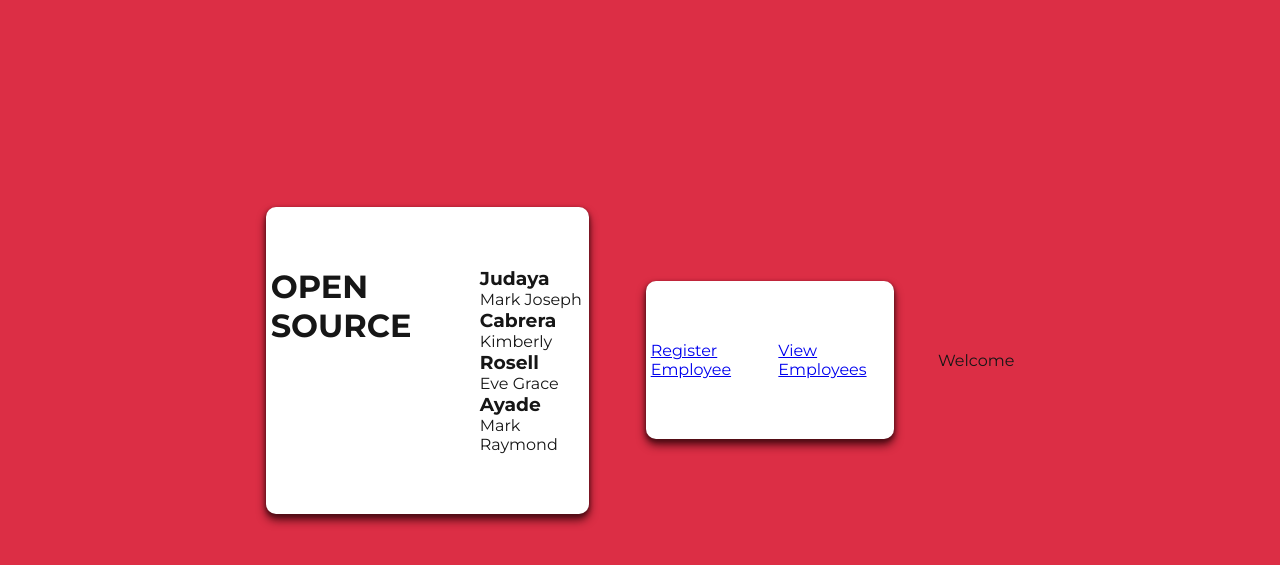
Repository: azkalonz/Int-Prog-2
Page: http://localhost/Int_Prog_2/
These files come from the project's save history. The page is drawn as it stood at one moment and after the next save; the edit follows.
The browser window is 1280 px wide. The pictures show the whole page.
The page is served by Tomcat 9. Other server files are loaded and not shown.

Above is the page before, as saved 2021-03-30 05:32:17.

### Int Prog 2/WebContent/index.jsp
<jsp:include page="/WEB-INF/layout/header.jsp"/>
Welcome
<jsp:include page="/WEB-INF/layout/footer.jsp"/>

### Int Prog 2/WebContent/WEB-INF/layout/header.jsp
<%@ page language="java" contentType="text/html; charset=ISO-8859-1"
	pageEncoding="ISO-8859-1"%>
<!DOCTYPE html>
<html>
<head>
<meta charset="ISO-8859-1">
<title>Employee</title>
<link rel="stylesheet" href="<%=request.getContextPath()%>/css/style.css"/>
</head>
<body>
<header>
        <div class="container">
            <h1>OPEN SOURCE</h1>
            <div class="namesCon">
                <div class="names">
                    <h3>Judaya</h3>
                    <span>Mark Joseph</span>
                </div>
                <div class="names">
                    <h3>Cabrera</h3>
                    <span>Kimberly</span>
                </div>
                <div class="names">
                    <h3>Rosell</h3>
                    <span>Eve Grace</span>
                </div>
                <div class="names">
                    <h3>Ayade</h3>
                    <span>Mark Raymond</span>
                </div>
            </div>
        </div>
    </header>
    <div class="navCon">
        <div class="container">
            <a class="button" href="<%=request.getContextPath()%>/register">Register Employee</a>
            <a class="button" href="<%=request.getContextPath()%>/employee">View Employees</a>
        </div>
    </div>

    <div class="thecontent">

### Int Prog 2/WebContent/css/style.css
@import url("https://fonts.googleapis.com/css2?family=Montserrat:ital,wght@0,100;0,200;0,300;0,400;0,500;0,600;0,700;1,100;1,200;1,300;1,400;1,500;1,600&display=swap");

* {
  margin: 0;
  padding: 0;
  box-sizing: border-box;
}

body {
  background: rgb(220, 46, 69);
  display: flex;
  align-items: center;
  justify-content: center;
  height: 100vh;
  font-family: "Montserrat";
  color: rgb(22, 22, 22);
}

.container {
  position: relative;
  background: white;
  width: 85%;
  max-width: 1024px;
  border-radius: 10px;
  display: flex;
  box-shadow: 0 2px 4px 0 rgb(80, 12, 21), 0 6px 10px 0 rgb(80, 12, 21);
  padding: 60px 5px;
}

.container .logo-container {
  display: flex;
  justify-content: center;
  align-items: center;
  flex-direction: column;
  flex: 3;
}

.logo-container img {
  width: 200px;
  padding-bottom: 35px;
}

.logo-container span {
  color: rgb(220, 46, 69);
  font-weight: bold;
  font-size: 40px;
}

.container .form-container {
  display: flex;
  justify-content: center;
  align-items: center;
  height: 100%;
  flex: 2;
}

.form-container h1 {
  margin-bottom: 20px;
}

.form-container .input-con {
  margin-bottom: 20px;
}

.form-container .input-con input {
  height: 45px;
  width: 300px;
  font-family: "Montserrat";
  padding: 5px 10px;
  border-radius: 5px;
  border: 1px solid rgb(233, 129, 143);
}

.form-container button {
  width: 150px;
  height: 50px;
  background: rgb(220, 46, 69);
  border: none;
  color: white;
  font-size: 16px;
  cursor: pointer;
  border-radius: 4px;
  box-shadow: 0 1px 2px 0 rgba(122, 7, 22, 0.783),
    0 1px 2px 0 rgba(122, 7, 22, 0.783);
  margin-top: 10px;
  font-weight: bold;
  font-family: "Montserrat";
}

.form-container button:hover {
  background: rgb(187, 32, 53);
}

Loaded but not shown: Int Prog 2/WebContent/WEB-INF/layout/footer.jsp (common file)

After the next save:
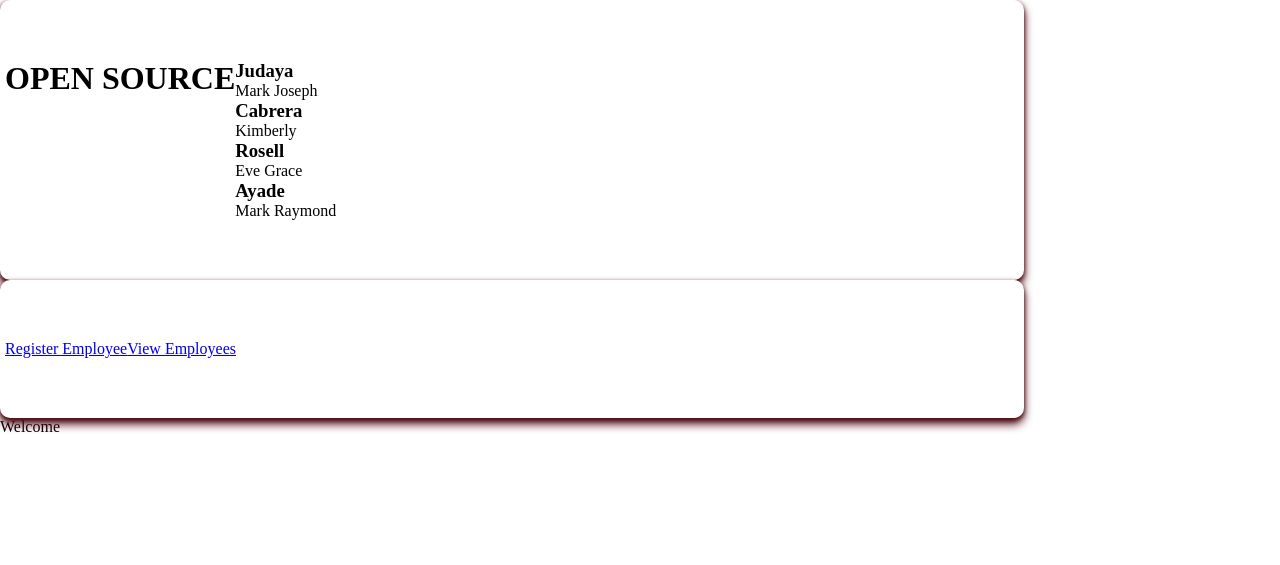
Saved 2 min 52 s later.
--- a/Int Prog 2/WebContent/css/style.css
+++ b/Int Prog 2/WebContent/css/style.css
@@ -6,7 +6,7 @@
   box-sizing: border-box;
 }
 
-body {
+.login-container {
   background: rgb(220, 46, 69);
   display: flex;
   align-items: center;
@@ -90,3 +90,83 @@ body {
 .form-container button:hover {
   background: rgb(187, 32, 53);
 }
+
+main {
+  width: 100%;
+  display: flex;
+  justify-content: center;
+  padding-top: 30px;
+}
+
+main .container {
+  width: 95%;
+  max-width: 1300px;
+  display: flex;
+  justify-content: center;
+}
+
+main .container .nav {
+  flex: 2;
+  margin-right: 10px;
+}
+
+main .container .nav .links {
+  padding-left: 40px;
+  height: 60px;
+  line-height: 60px;
+  font-weight: bold;
+  border: 1px solid white;
+}
+
+.active {
+  background: rgb(220, 46, 69);
+  color: white;
+}
+
+main .container .nav .links:hover {
+  background: rgb(220, 46, 69);
+  color: white;
+  transition: 0.4s;
+}
+
+main .container .content {
+  flex: 8;
+  display: flex;
+  justify-content: center;
+}
+
+main .container .content .infos {
+  display: flex;
+  flex-direction: column;
+  padding-bottom: 15px;
+}
+
+main .container .content .infos span {
+  padding-bottom: 5px;
+  font-weight: bold;
+}
+
+main .container .content .infos input {
+  width: 600px;
+  height: 40px;
+  border-radius: 2px;
+  border: 1px solid rgb(233, 129, 143);
+  padding: 0 10px;
+}
+
+main .container .content .button {
+  width: 400px;
+  height: 70px;
+  background: rgb(220, 46, 69);
+  border: none;
+  margin-top: 30px;
+  color: white;
+  font-weight: bold;
+  font-size: 15px;
+  cursor: pointer;
+  border-radius: 3px;
+}
+
+main .container .content .button:hover {
+  background: rgb(187, 32, 53);
+}
